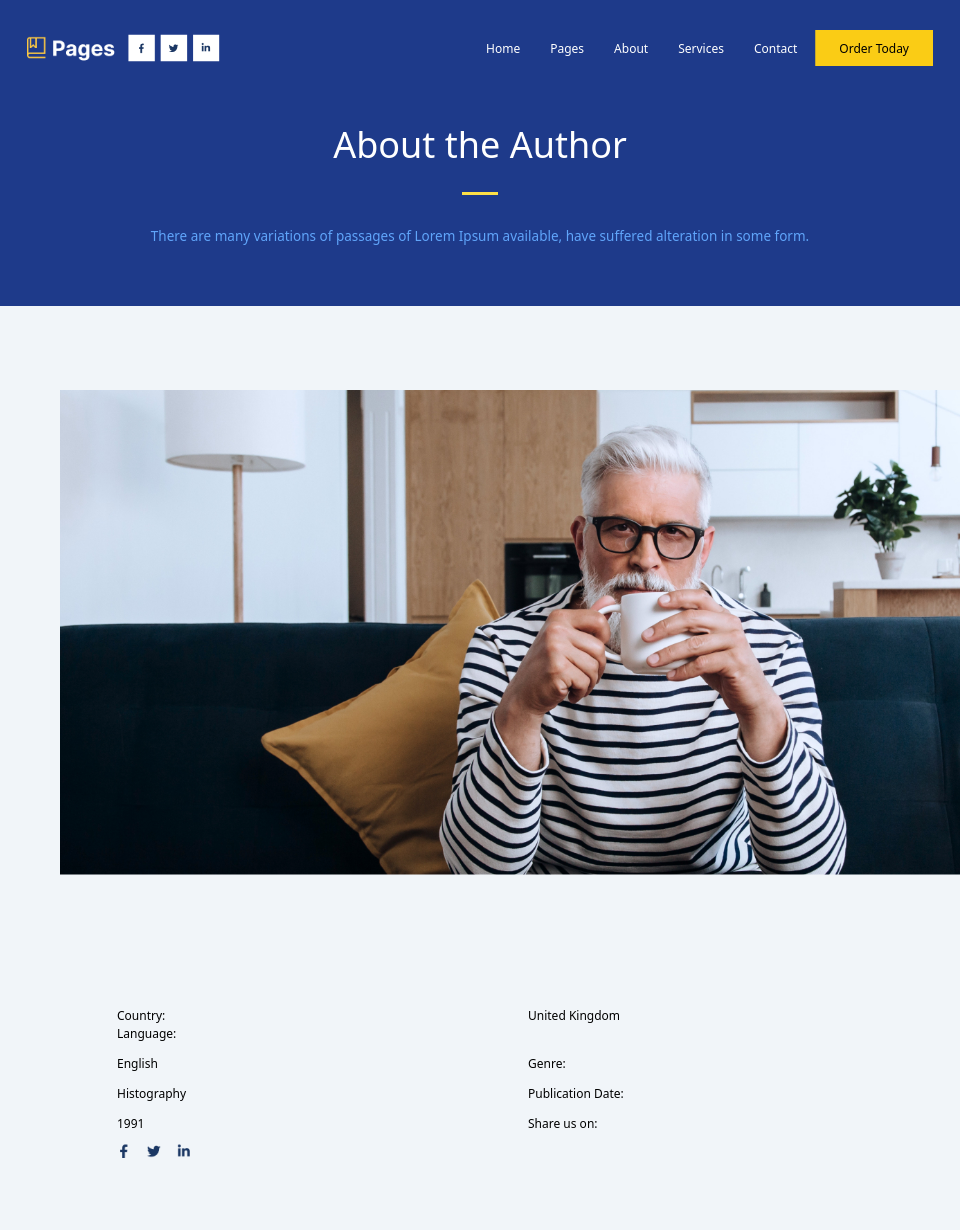
Repository: Godnorg/Class3
Page: index.html
An editor plug-in stored every save of this project. The page is shown before and after a run of saves, followed by the edit.
The browser window is 1280 px wide. The pictures show the whole page, at 75% of full size.
Some web libraries are served in a nearby version.

Above is the page before, as saved 2023-02-19 02:32:25.

### index.html
<!DOCTYPE html>
<html lang="en">
<head>
    <meta charset="UTF-8">
    <meta http-equiv="X-UA-Compatible" content="IE=edge">
    <meta name="viewport" content="width=device-width, initial-scale=1.0">
    <title>Class3</title>
    <script src="https://cdn.tailwindcss.com"></script>
</head>
<body class="w-full bg-blue-900">
<div class="flex items-center justify-between w-full pt-10 mx-auto px-9 max-w-7xl">
    <div class="flex gap-4 ">
    <img src="./Logo.png">
    <img src="./soc-icons.png" class="h-9">
    </div>
    <div class="flex gap-6">
        <ul class="flex items-center gap-10 text-white">
            <li><a href="#">Home</a></li>
            <li><a href="#">Pages</a></li>
            <li><a href="#">About</a></li>
            <li><a href="#">Services</a></li>
            <li><a href="#">Contact</a></li>
        </ul>
        <button class="px-8 py-3 mx-auto bg-yellow-400 font-sans-serif">Order Today</button>
    </div>
    </div>
    <div class="items-center mx-auto">
    <h1 class="items-center pt-20 pb-10 text-5xl text-center text-white">About the Author</h1>
        <div
            class="items-center w-12 h-1 mx-auto text-center bg-yellow-300">
        </div>
        <p class="items-center pt-10 pb-20 mx-auto text-lg text-center text-blue-400">There are many variations of passages of Lorem Ipsum available, have suffered alteration in some form.</p>
    </div>
    <div class= "bg-slate-100">
        <div class="relative w-full pb-20 pl-20 mx-auto pt-28 bg-color-white max-w-7xl">
        <img src="./oldman2.jpg">
        </div>
        <div>
            <div class="grid grid-cols-2 py-24 ml-28 gap-x-4 gap-y-4 bg-color-white px-11">
                <div>
                <h2>Country:</h2>
                <h2>Language:</h2>
            </div>
                <p>United Kingdom</p>
                <p>English</p>
                <h2>Genre:</h2>
                <p>Histography</p>
                <h2>Publication Date:</h2>
                <p>1991</p>
                <h2>Share us on:</h2>
                <img src="./socialmedia.png">
            </div>
        </div>
    </div>

</body>
</html>

After the next 2 saves:
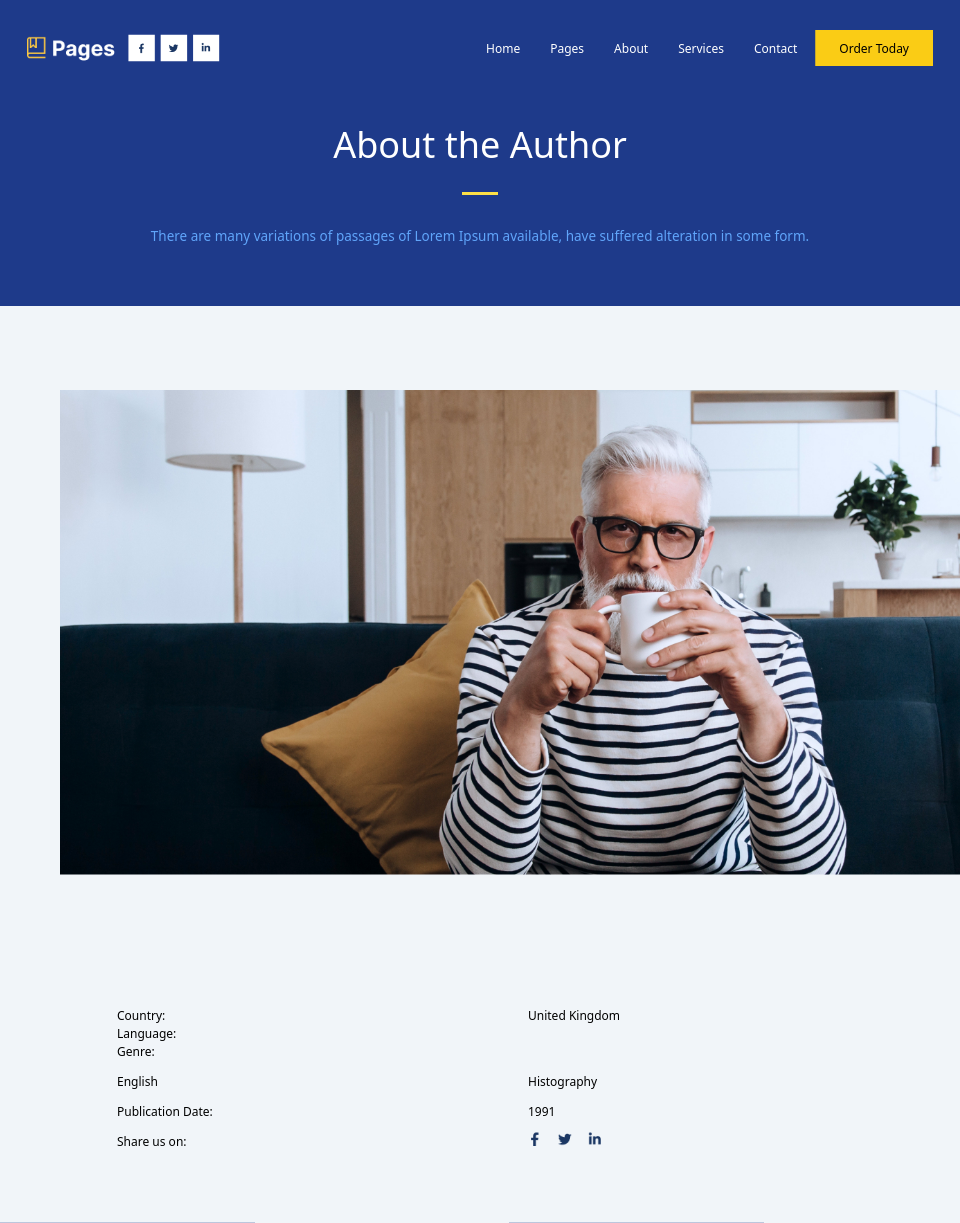
The 2 saves are shown as one change because they came seconds apart.
The last was saved 7 s later.
--- a/index.html
+++ b/index.html
@@ -40,10 +40,10 @@
                 <div>
                 <h2>Country:</h2>
                 <h2>Language:</h2>
+                <h2>Genre:</h2>
             </div>
                 <p>United Kingdom</p>
                 <p>English</p>
-                <h2>Genre:</h2>
                 <p>Histography</p>
                 <h2>Publication Date:</h2>
                 <p>1991</p>
